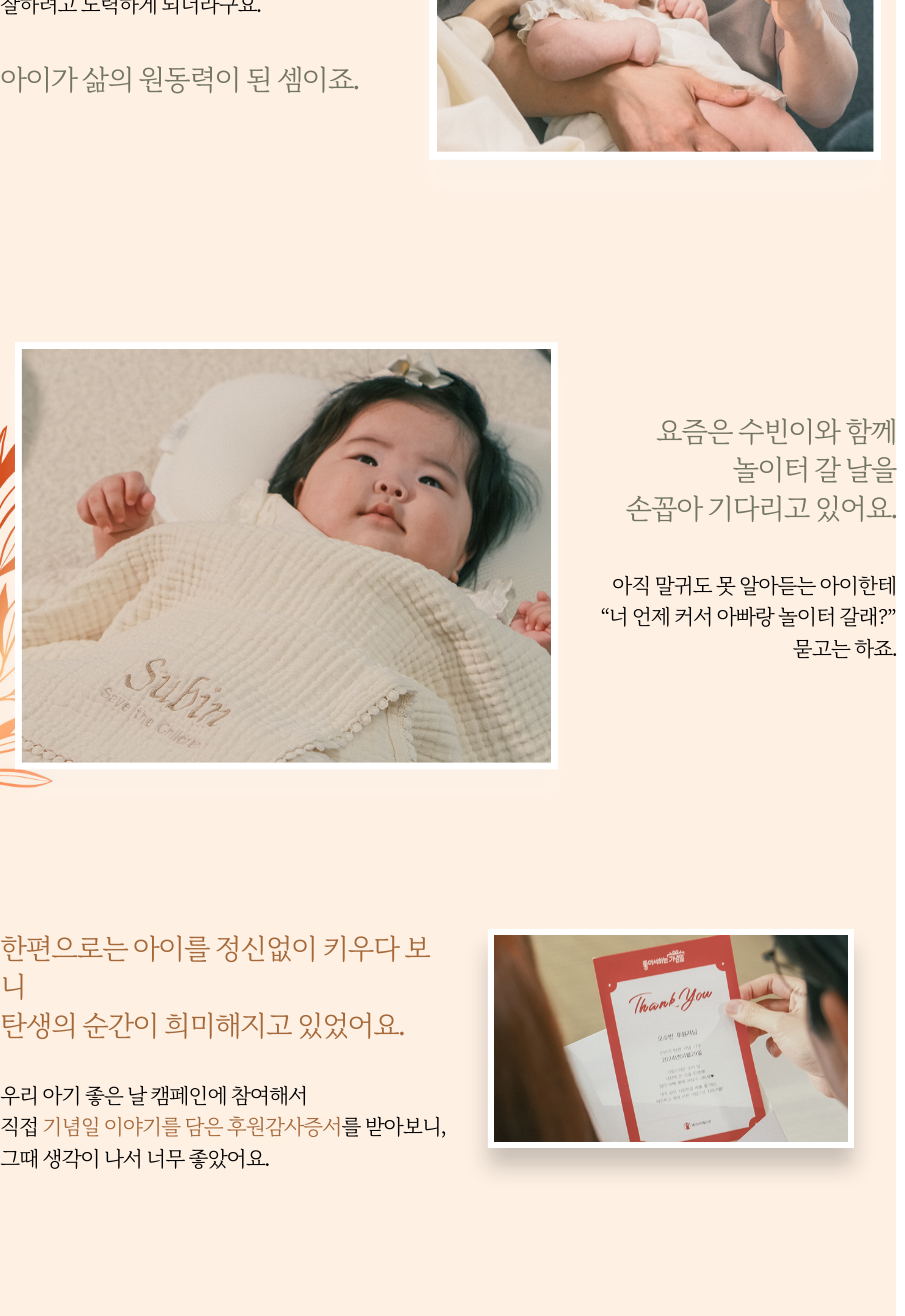
Repository: dlgywls1130/saveTheChildren
Page: index.html
These files come from the project's save history. The page is drawn as it stood at one moment and after the next save; the edit follows.
The browser window is 1280 px wide. The page is 1293 px wide, so the pictures cover 1293 px, including what lies to the right of the window. The pictures show the part of the page from y = 4620 to 6500 px (the page is 10939 px tall), at 70% of full size.
Some web fonts or font styles are not loaded; a fallback is used. The style sheet was rebuilt from its Sass, Less or Tailwind sources for each picture, by a compiler version that may differ from the author's.

Above is the page before, as saved 2024-11-01 23:04:18.

After the next save:
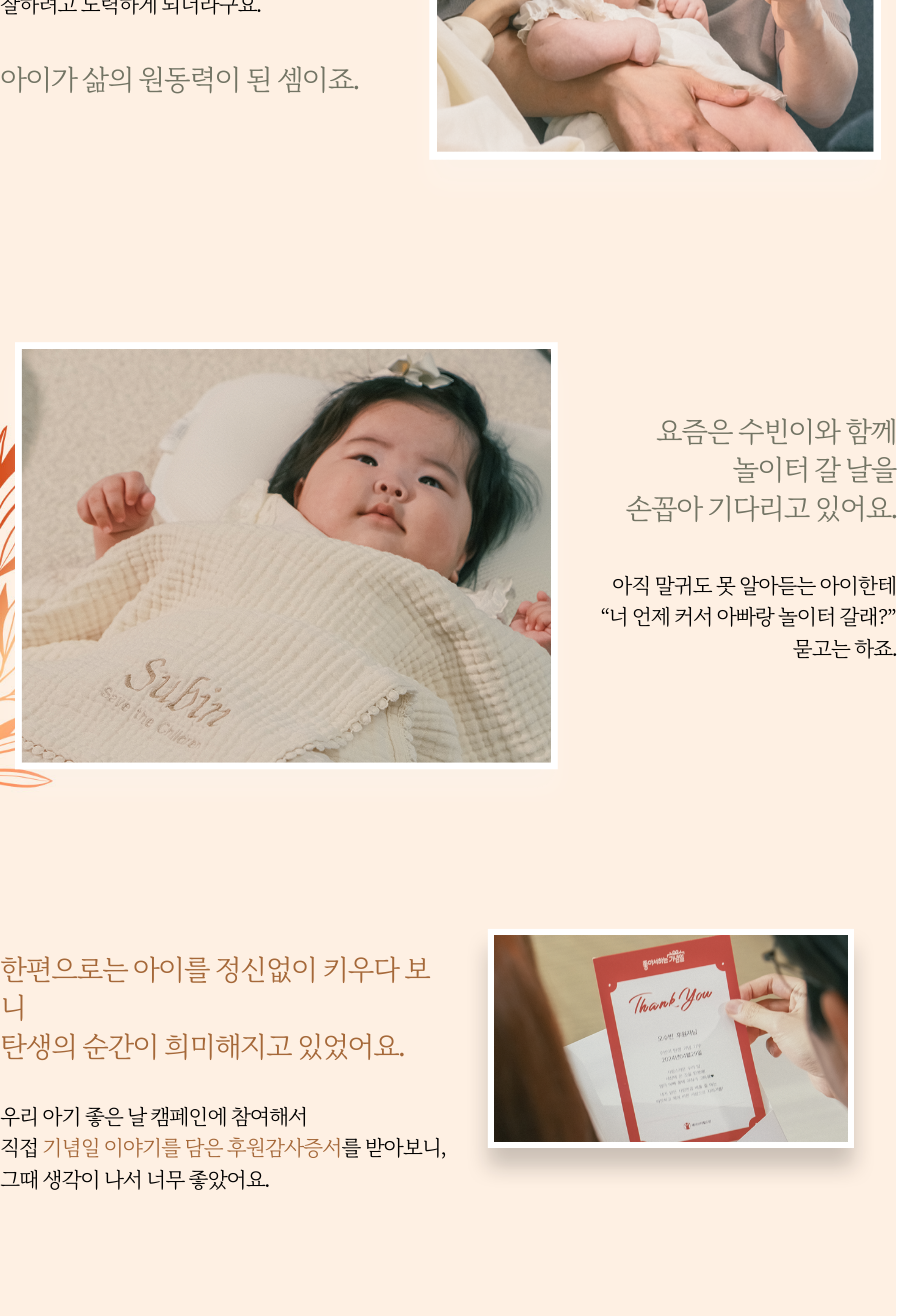
Saved 22 s later.
--- a/index.html
+++ b/index.html
@@ -150,7 +150,7 @@
 
                 <div class="story04_02 mb-200">
 
-                    <div class="story_text-contain">
+                    <div class="story_text-contain pt-30">
                         <p class="story_text_01 mb-50">
                             한편으로는 아이를 정신없이 키우다 보니
                             <br>탄생의 순간이 희미해지고 있었어요.
